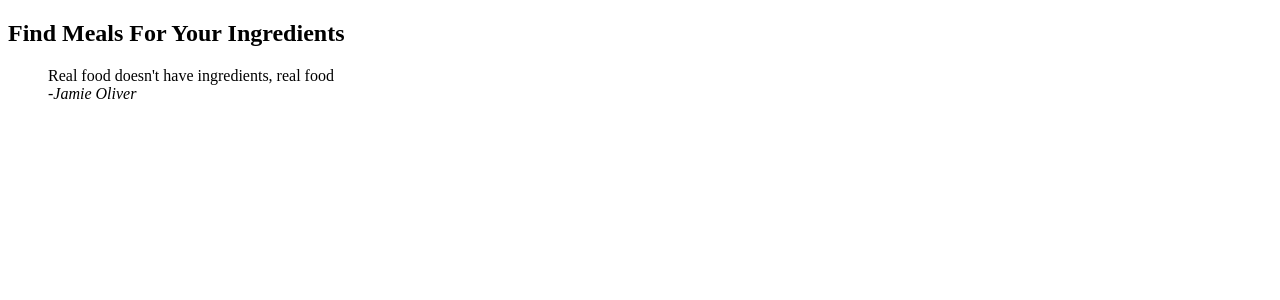
Repository: HUUDUC1998/food-recipe-app-project
Page: index.html
An editor plug-in stored every save of this project. The page is shown before and after the next save, followed by the edit.
The browser window is 1280 px wide. The pictures show the whole page.
Some web libraries are served in a nearby version.

Above is the page before, as saved 2022-02-08 23:46:11.

After the next save:
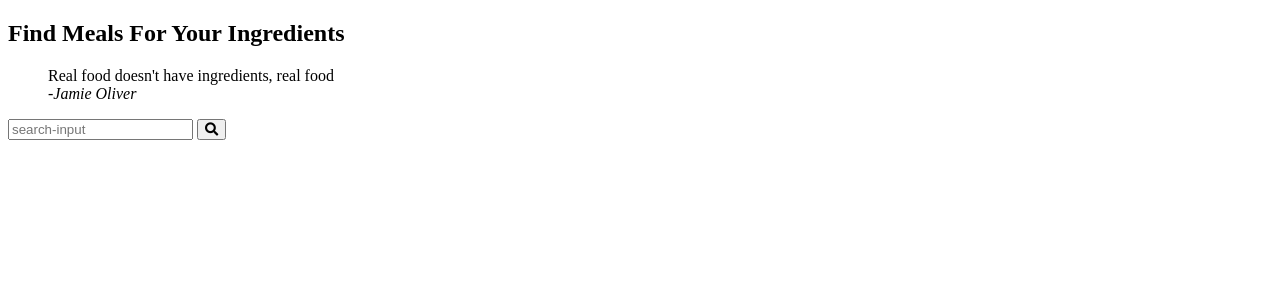
Saved 2 min 54 s later.
--- a/index.html
+++ b/index.html
@@ -14,6 +14,10 @@
             <div class="meal-search">
                 <h2 class="title">Find Meals For Your Ingredients</h2>
                 <blockquote>Real food doesn't have ingredients, real food<br><cite>-Jamie Oliver</cite></blockquote>
+                <div class="meal-search-box">
+                    <input type="text" class="search-content" placeholder="search-input">
+                    <button type="submit" class="search-btn btn" id="search-btn"><i class="fas fa-search"></i></button>
+                </div>
             </div>
         </div>
     </div>
